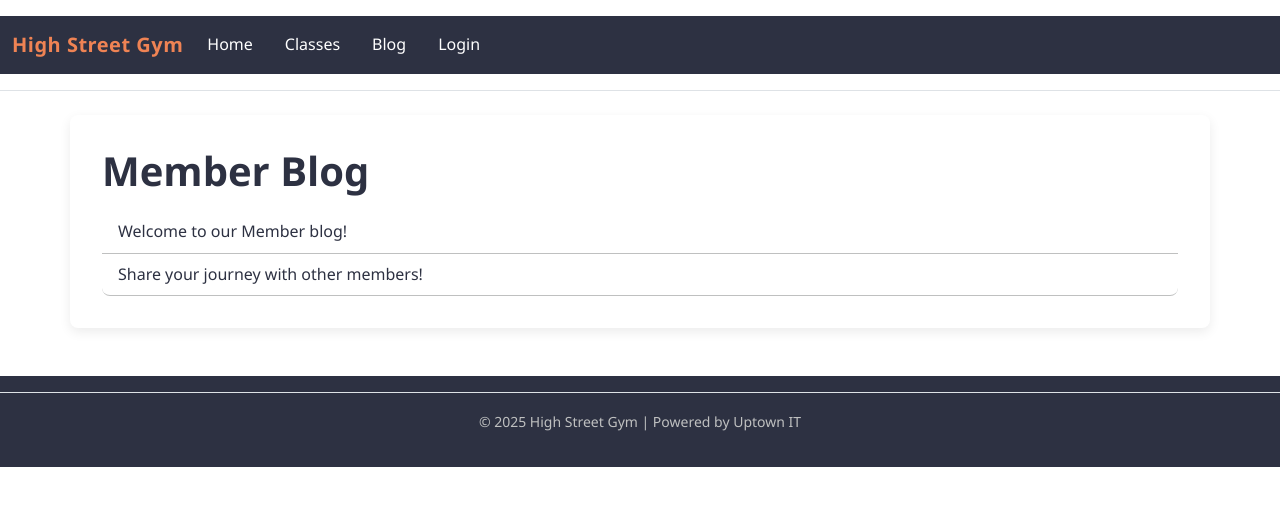
Repository: HBDSolutions/highstreetgym
Page: http://localhost/highstreetgym/views/blog.php
These files come from the project's save history. The page is drawn as it stood at one moment and after the next save; the edit follows.
The browser window is 1280 px wide. The pictures show the whole page.
The page is run by PHP 8.4 with error messages shown; the project is at /var/www/html/.

Above is the page before, as saved 2025-10-26 21:32:19.

### views/blog.php
<?php
$title = "Member Blog";
$items = ['Welcome to our Member blog!', 'Share your journey with other members!'];
$view  = __DIR__ . '/blog.content.php';
include __DIR__ . '/layouts/base.php';

### views/layouts/base.php
<!DOCTYPE html>

<html lang="en">
    <head>
        <meta charset="UTF-8">
        <meta name="viewport" content="width=device-width, initial-scale=1.0">
        <title><?= htmlspecialchars($title ?? 'High Street Gym') ?></title>

        <!-- Bootstrap 5 CSS -->
        <link href="https://cdn.jsdelivr.net/npm/bootstrap@5.3.3/dist/css/bootstrap.min.css"
                rel="stylesheet"
                integrity="sha384-QWTKZyjpPEjISv5WaRU9OFeRpok6YctnYmDr5pNlyT2bRjXh0JMhjY6hW+ALEwIH"
                crossorigin="anonymous">

        <!-- Bootstrap Icons -->
        <link rel="stylesheet"
                href="https://cdn.jsdelivr.net/npm/bootstrap-icons@1.11.3/font/bootstrap-icons.min.css">

        <!-- All paths relative to /highstreetgym/ -->
        <base href="/highstreetgym/">

        <!-- Local stylesheet -->
        <link rel="stylesheet" href="/highstreetgym/assets/css/style.css">

        <!-- Bootstrap JS bundle -->
        <script src="https://cdn.jsdelivr.net/npm/bootstrap@5.3.3/dist/js/bootstrap.bundle.min.js"
                integrity="sha384-YvpcrYf0tY3lHB60NNkmXc5s9fDVZLESaAA55NDzOxhy9GkcIdslK1eN7N6jIeHz"
                crossorigin="anonymous"></script>
    </head>

    <body>
        <?php include __DIR__ . '/../partials/header.php'; ?>

        <main class="container my-4">
            <?php if (!empty($view)) include $view; ?>
        </main>

        <footer class="mt-5">
            <?php include __DIR__ . '/../partials/footer.php'; ?>
        </footer>
    </body>

</html>

### views/partials/header.php
<?php
?>

<header class="py-3 mb-3 border-bottom">
  <?php include __DIR__ . '/nav.php'; ?>
</header>

### views/partials/nav.php
<?php
    $path = parse_url($_SERVER['REQUEST_URI'] ?? '/', PHP_URL_PATH) ?: '/';
    function active($needle, $path) { return str_ends_with($path, $needle) ? 'active' : ''; }
?>

<nav class="navbar navbar-expand-lg">
  <div class="container-fluid">
    <a class="navbar-brand" href="index.php">
      <i class="bi bi-dumbbell"></i> High Street Gym
    </a>
    <button class="navbar-toggler" type="button" data-bs-toggle="collapse" data-bs-target="#mainNav">
      <span class="navbar-toggler-icon"></span>
    </button>
    <div class="collapse navbar-collapse" id="mainNav">
      <ul class="navbar-nav me-auto mb-2 mb-lg-0">
        <li class="nav-item"><a class="nav-link" href="index.php">Home</a></li>
        <li class="nav-item"><a class="nav-link" href="views/classes.php">Classes</a></li>
        <li class="nav-item"><a class="nav-link" href="views/blog.php">Blog</a></li>
        <li class="nav-item"><a class="nav-link" href="views/auth/login.php">Login</a></li>
      </ul>
    </div>
  </div>
</nav>

### views/blog.content.php
<h1 class="mb-3"><?= htmlspecialchars($title) ?></h1>
<?php include __DIR__ . '/partials/list.php'; ?>

### views/partials/list.php
<?php // expects $items ?>
<ul class="list-group">
  <?php foreach (($items ?? []) as $i): ?>
    <li class="list-group-item"><?= htmlspecialchars(is_array($i) ? ($i['text'] ?? '') : $i) ?></li>
  <?php endforeach; ?>
</ul>

### views/partials/footer.php
<footer class="text-center text-muted py-3 border-top">
  <small>&copy; <?= date('Y') ?> High Street Gym | Powered by Uptown IT</small>
</footer>

### assets/css/style.css
/* === High Street Gym Custom Theme === */
:root {
  /* Base brand palette */
  --hsg-primary:   #EF8354;
  --hsg-secondary: #4F5D75;
  --hsg-muted:     #BFC0C0;
  --hsg-dark:      #2D3142;
  --hsg-light:     #FFFFFF;

  /* Bootstrap variable overrides */
  --bs-body-bg: var(--hsg-light);
  --bs-body-color: var(--hsg-dark);
  --bs-primary: var(--hsg-primary);
  --bs-secondary: var(--hsg-secondary);
  --bs-success: #2ECC71;
  --bs-danger:  #E74C3C;
  --bs-warning: #F1C40F;
  --bs-info:    #3498DB;
  --bs-border-radius: .5rem;
  --bs-font-sans-serif: "Segoe UI", Roboto, "Helvetica Neue", Arial, sans-serif;
}

/* === Global layout === */
body {
  background-color: var(--bs-body-bg);
  color: var(--bs-body-color);
  line-height: 1.6;
}

h1, h2, h3, h4 {
  font-weight: 600;
  color: var(--hsg-dark);
}

/* === Navbar === */
.navbar {
  background-color: var(--hsg-dark) !important;
}
.navbar .navbar-brand {
  color: var(--hsg-primary) !important;
  font-weight: 700;
  letter-spacing: .5px;
}
.navbar .nav-link {
  color: var(--hsg-light) !important;
  margin-right: 1rem;
  transition: color .2s ease-in-out;
}
.navbar .nav-link:hover,
.navbar .nav-link.active {
  color: var(--hsg-primary) !important;
  text-decoration: underline;
}

/* === Main container card === */
main.container {
  background: var(--hsg-light);
  padding: 2rem;
  border-radius: var(--bs-border-radius);
  box-shadow: 0 4px 12px rgba(0,0,0,0.08);
}

/* === Buttons === */
.btn-primary {
  background-color: var(--hsg-primary);
  border-color: var(--hsg-primary);
}
.btn-primary:hover {
  background-color: var(--hsg-secondary);
  border-color: var(--hsg-secondary);
}

/* === Tables === */
.table {
  color: var(--hsg-dark);
  border-color: var(--hsg-muted);
}
.table thead {
  background-color: var(--hsg-secondary);
  color: var(--hsg-light);
}
.table-striped tbody tr:nth-of-type(odd) {
  background-color: #f8f9fa;
}

/* === Footer === */
footer {
  background-color: var(--hsg-dark);
  color: var(--hsg-light);
  text-align: center;
  padding: 1rem 0;
}
footer small {
  color: var(--hsg-muted);
}

/* === Utility tweaks === */
a { color: var(--hsg-primary); }
a:hover { color: var(--hsg-secondary); }

.list-group-item {
  border: none;
  border-bottom: 1px solid var(--hsg-muted);
}

After the next save:
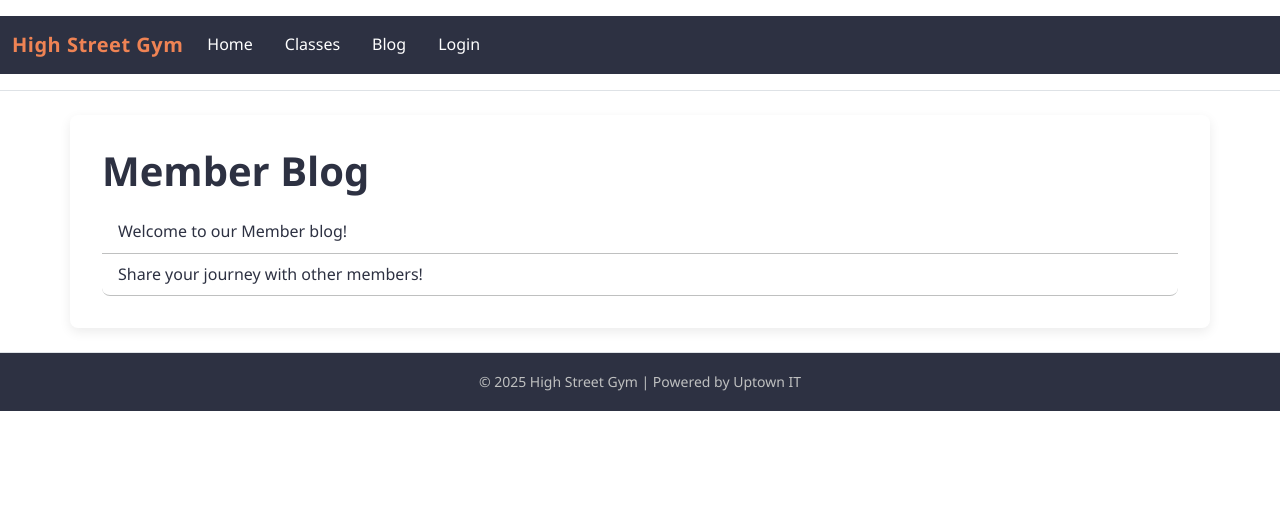
Saved 5 min 51 s later.
--- a/views/layouts/base.php
+++ b/views/layouts/base.php
@@ -35,9 +35,7 @@
             <?php if (!empty($view)) include $view; ?>
         </main>
 
-        <footer class="mt-5">
-            <?php include __DIR__ . '/../partials/footer.php'; ?>
-        </footer>
+        <?php include __DIR__ . '/../partials/footer.php'; ?>
     </body>
 
 </html>
